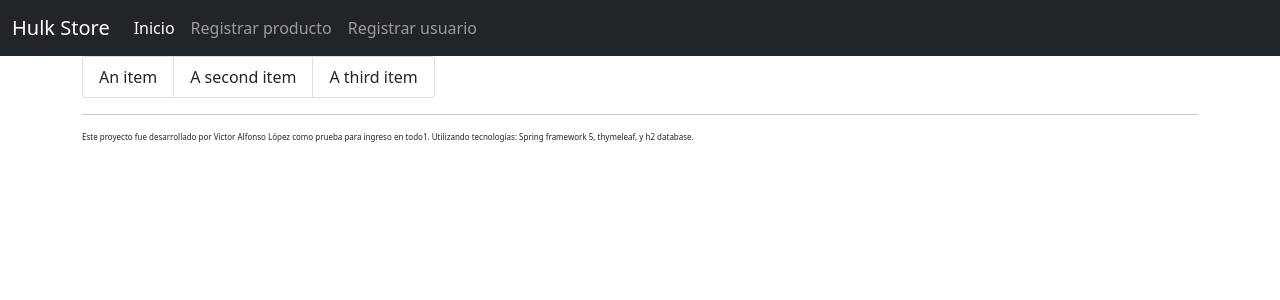
Repository: alfonsoLopez1992/PruebaTODO1
Page: http://localhost/index
The author's editor kept a copy of each file at every save. The page is drawn from the files as they stood at one save, then again after the next save.
The browser window is 1280 px wide. The pictures show the whole page.
Some web libraries are served in a nearby version. The page is this project's Thymeleaf template; nobody is signed in. The template is opened directly, without the code that normally fills it, so the values that code supplies are empty.

Above is the page before, as saved 2021-02-15 21:00:13.

### hulk-store-internet/src/main/resources/templates/index.html
<!DOCTYPE html>
<html xmlns:th="http://www.thymeleaf.org">
<head th:replace="layout/layout :: head">
</head>
<body>

<header th:replace="layout/layout :: header" ></header>

<div class="container">

<div th:each="producto: ${productos}">
  <div class="card" style="width: 18rem;" >
  <img src="..." class="card-img-top" alt="...">
  <div class="card-body">
    <h5 class="card-title" th:text="${producto.nombre}"></h5>
    <p class="card-text" th:text="${producto.descripcion}"></p>
    <p class="card-text" th:text="${producto.costo}">Costo</p>
  </div>
</div>


</div>

<ul class="list-group list-group-horizontal">
  <li class="list-group-item">An item</li>
  <li class="list-group-item">A second item</li>
  <li class="list-group-item">A third item</li>
</ul>




</div>


<footer th:replace="layout/layout :: footer" ></footer>

</body>
</html>

### hulk-store-internet/src/main/resources/templates/layout/layout.html
<!DOCTYPE html>
<html xmlns:th="http://www.thymeleaf.org">
<head th:fragment="head">
<meta charset="UTF-8">
<title>Hulk store</title>
<link
	href="https://cdn.jsdelivr.net/npm/bootstrap@5.0.0-beta2/dist/css/bootstrap.min.css"
	rel="stylesheet"
	integrity="sha384-BmbxuPwQa2lc/FVzBcNJ7UAyJxM6wuqIj61tLrc4wSX0szH/Ev+nYRRuWlolflfl"
	crossorigin="anonymous">

</head>
<body>
	<header th:fragment="header">
		<nav class="navbar navbar-expand-lg navbar-dark bg-dark">
			<div class="container-fluid">
				<a class="navbar-brand" href="#">Hulk Store</a>
				<button class="navbar-toggler" type="button"
					data-bs-toggle="collapse" data-bs-target="#navbarNav"
					aria-controls="navbarNav" aria-expanded="false"
					aria-label="Toggle navigation">
					<span class="navbar-toggler-icon"></span>
				</button>
				<div class="collapse navbar-collapse" id="navbarNav">
					<ul class="navbar-nav">
						<li class="nav-item"><a class="nav-link active"
							aria-current="page" href="http://localhost:8080/">Inicio</a></li>

						<li class="nav-item"><a class="nav-link" href="http://localhost:8080/producto/listar">Registrar producto</a>
						</li>
						<li class="nav-item"><a class="nav-link" href="http://localhost:8080/usuario/index">Registrar usuario</a>
						</li>
					</ul>
				</div>
			</div>
		</nav>
	</header>
	<div class="container"></div>


	<footer th:fragment="footer" class="container">
		<hr />
		<p style="font-size: 8px !important;">Este proyecto fue desarrollado por Victor Alfonso López como
			prueba para ingreso en todo1. Utilizando tecnologías: Spring framework 5, thymeleaf, y h2 database.</p>
		<script
			src="https://cdn.jsdelivr.net/npm/bootstrap@5.0.0-beta2/dist/js/bootstrap.bundle.min.js"
			integrity="sha384-b5kHyXgcpbZJO/tY9Ul7kGkf1S0CWuKcCD38l8YkeH8z8QjE0GmW1gYU5S9FOnJ0"
			crossorigin="anonymous"></script>
		<script
			src="https://cdn.jsdelivr.net/npm/@popperjs/core@2.6.0/dist/umd/popper.min.js"
			integrity="sha384-KsvD1yqQ1/1+IA7gi3P0tyJcT3vR+NdBTt13hSJ2lnve8agRGXTTyNaBYmCR/Nwi"
			crossorigin="anonymous"></script>
		<script
			src="https://cdn.jsdelivr.net/npm/bootstrap@5.0.0-beta2/dist/js/bootstrap.min.js"
			integrity="sha384-nsg8ua9HAw1y0W1btsyWgBklPnCUAFLuTMS2G72MMONqmOymq585AcH49TLBQObG"
			crossorigin="anonymous"></script>

	</footer>



</body>
</html>

After the next save:
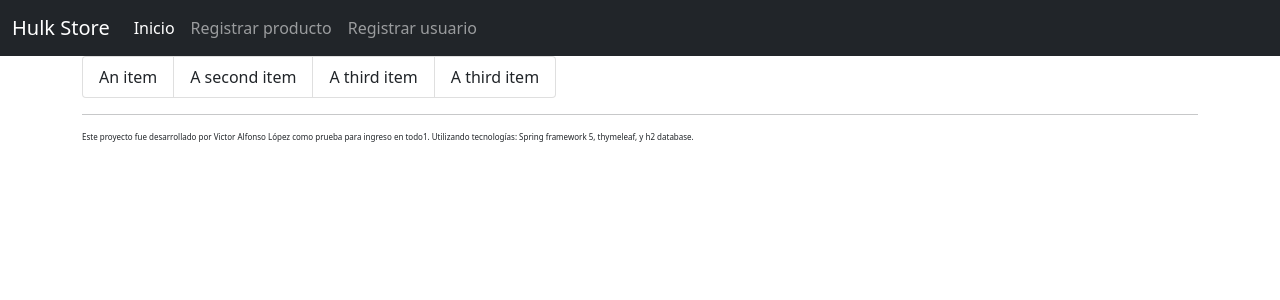
Saved 14 s later.
--- a/hulk-store-internet/src/main/resources/templates/index.html
+++ b/hulk-store-internet/src/main/resources/templates/index.html
@@ -25,6 +25,7 @@
   <li class="list-group-item">An item</li>
   <li class="list-group-item">A second item</li>
   <li class="list-group-item">A third item</li>
+  <li class="list-group-item">A third item</li>
 </ul>
 
 
